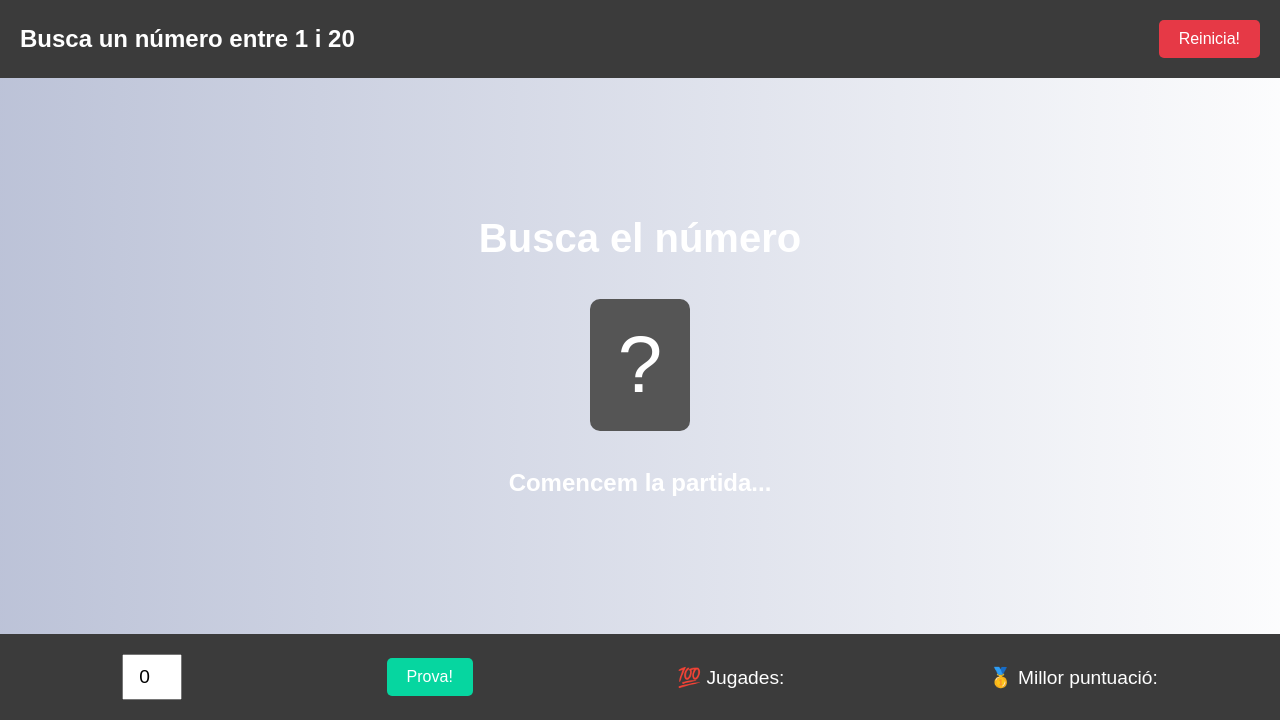
Repository: rdalmau23/M06_01
Page: index.html
The author's editor kept a copy of each file at every save. The page is drawn from the files as they stood at one save, then again after the next save.
The browser window is 1280 px wide. The pictures show the whole page.

Above is the page before, as saved 2024-10-11 12:35:14.

After the next save:
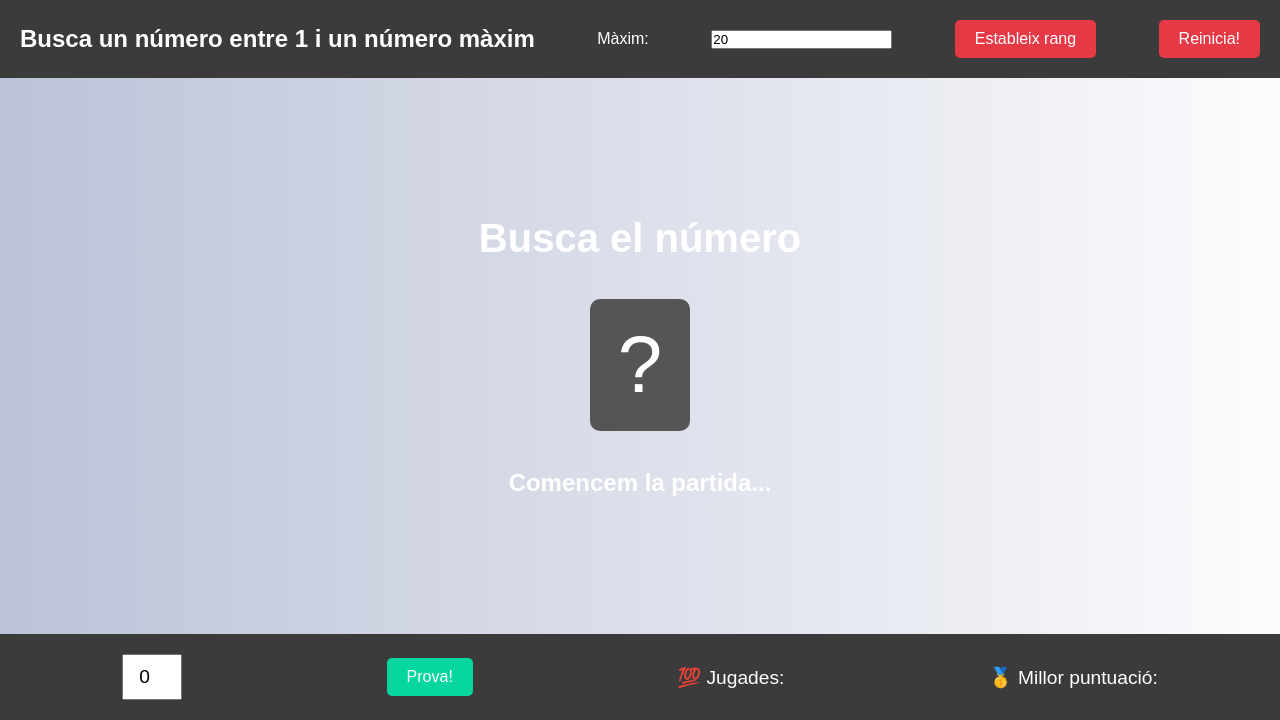
Saved 2 min 20 s later.
--- a/index.html
+++ b/index.html
@@ -5,11 +5,14 @@
     <meta name="viewport" content="width=device-width, initial-scale=1.0">
     <title>Endivina el número</title>
     <link rel="stylesheet" href="style.css">
-    <script src="script.js"></script>
+    <script src="script.js" defer></script>
 </head>
 <body>
     <header>
-        <h2>Busca un número entre 1 i 20</h2>
+        <h2>Busca un número entre 1 i un número màxim</h2>
+        <label for="max">Màxim:</label>
+        <input type="number" id="max" value="20">
+        <button onclick="setRange()">Estableix rang</button>
         <button onclick="resetGame()" id="reset">Reinicia!</button>
     </header>
     <main id="main">
